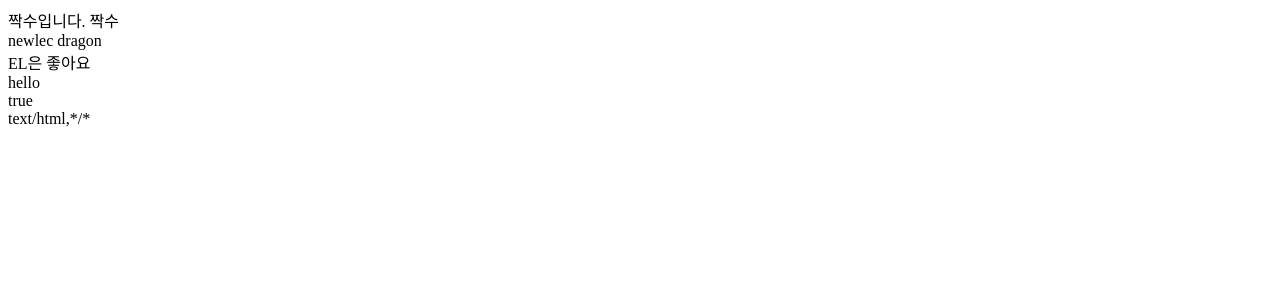
Repository: soyamilk0705/spring-newlecture
Page: http://localhost/JSPPrj/spag
These files come from the project's save history. The page is drawn as it stood at one moment and after the next save; the edit follows.
The browser window is 1280 px wide. The pictures show the whole page.
The page is served by Tomcat 9. Other server files are loaded and not shown.

Above is the page before, as saved 2024-01-18 13:38:13.

### ServeltAndJsp/JSPPrj/WebContent/spag.jsp
<%@ page language="java" contentType="text/html; charset=UTF-8"
    pageEncoding="UTF-8"%>
<!DOCTYPE html>
<html>
<head>
<meta charset="UTF-8">
<title>Insert title here</title>
</head>
<%
pageContext.setAttribute("result", "hello");
%>
<body>
	<%=request.getAttribute("result") %>입니다.
	${requestScope.result }<br />
	${names[0] }
	${names[1] }<br />
	${notice.title }<br />
	${result }<br />
	${empty param.n}<br />
	${header.accept }

</body>
</html>

### ServeltAndJsp/JSPPrj/src/com/newlecture/web/Spag.java
package com.newlecture.web;

import java.io.IOException;
import java.util.HashMap;
import java.util.Map;

import javax.servlet.RequestDispatcher;
import javax.servlet.ServletException;
import javax.servlet.annotation.WebServlet;
import javax.servlet.http.HttpServlet;
import javax.servlet.http.HttpServletRequest;
import javax.servlet.http.HttpServletResponse;

@WebServlet("/spag")
public class Spag extends HttpServlet{

	@Override
	protected void doGet(HttpServletRequest request, HttpServletResponse response) throws ServletException, IOException {
		int num = 0;
		String num_ = request.getParameter("n");

		if(num_ != null && !num_.equals("")){
			num = Integer.parseInt(num_);
		}

		String result;

		if(num%2!=0)
			result = "홀수";
		else
			result = "짝수";

		request.setAttribute("result", result);

		String[] names = {"newlec", "dragon"};
		request.setAttribute("names", names);

		Map<String, Object> notice = new HashMap<>();
		notice.put("id", 1);
		notice.put("title", "EL은 좋아요");
		request.setAttribute("notice", notice);


		// redirect: 현재 작업한 내용과 상관 없이 새로운 요청
		// forward: 현재 작업한 내용을 이어가도록 공유
		RequestDispatcher dispatcher = request.getRequestDispatcher("spag.jsp");

		dispatcher.forward(request, response);

	}

}

After the next save:
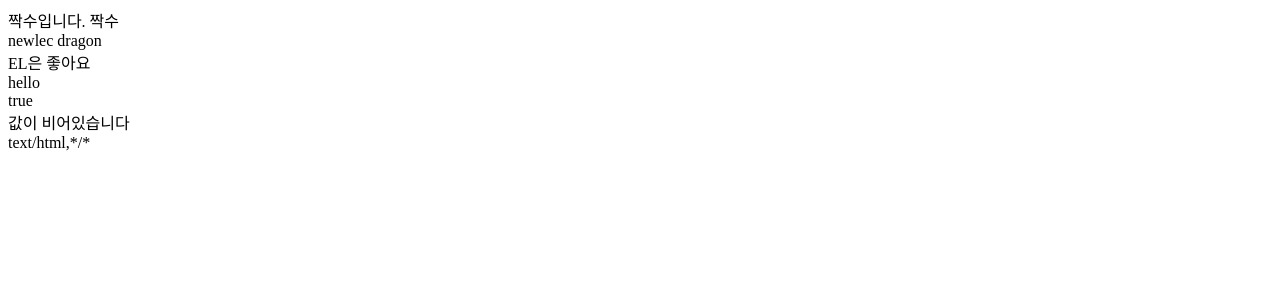
Saved 2 min 35 s later.
--- a/ServeltAndJsp/JSPPrj/WebContent/spag.jsp
+++ b/ServeltAndJsp/JSPPrj/WebContent/spag.jsp
@@ -16,7 +16,8 @@ pageContext.setAttribute("result", "hello");
 	${names[1] }<br />
 	${notice.title }<br />
 	${result }<br />
-	${empty param.n}<br />
+	${empty param.n}<br /> <!-- if(param.n == null || param.n == '') -->
+	${empty param.n ? '값이 비어있습니다' : param.n }<br />
 	${header.accept }
 
 </body>
